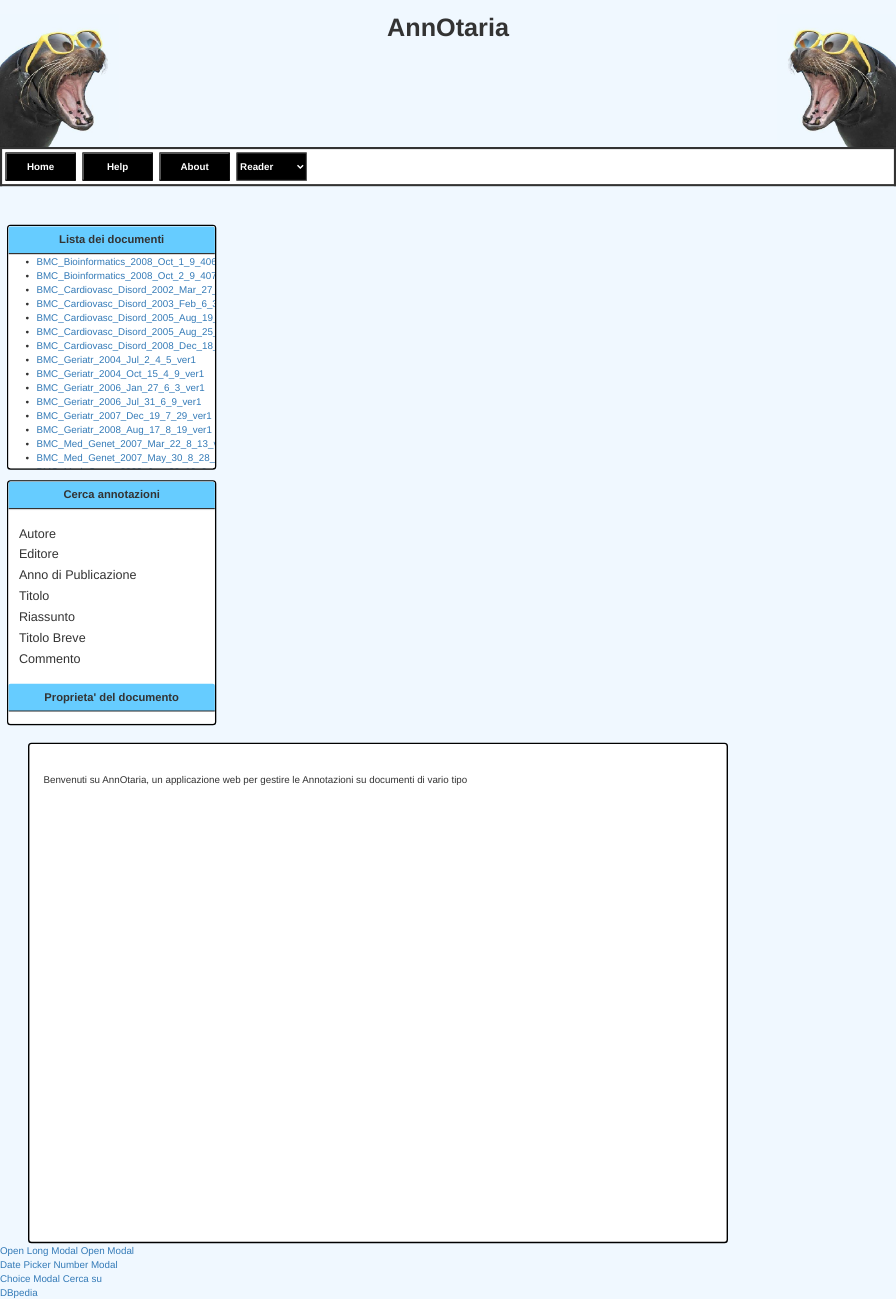
Repository: Bratu92/AnnOtaria
Page: AnnOtaria/View/index.html
An editor plug-in stored every save of this project. The page is shown before and after the next save, followed by the edit.
The browser window is 1280 px wide. The pictures show the whole page, at 70% of full size.
Some web libraries are served in a nearby version.

Above is the page before, as saved 2015-02-02 15:48:46.

### AnnOtaria/View/index.html
<!DOCTYPE html PUBLIC "-//W3C//DTD HTML 4.01 Transitional//EN" "http://www.w3.org/TR/html4/loose.dtd">
<html>
	<head>
		<title>AnnoOtaria - Title of Document 1</title>
		<script type="text/javascript" src="../lib/jquery-2.1.3.js"></script>
		<!-- Latest compiled and minified CSS -->
		<link rel="stylesheet" href="https://maxcdn.bootstrapcdn.com/bootstrap/3.3.2/css/bootstrap.min.css">

		<!-- Optional theme -->
		<link rel="stylesheet" href="https://maxcdn.bootstrapcdn.com/bootstrap/3.3.2/css/bootstrap-theme.min.css">

		<!-- Latest compiled and minified JavaScript -->
		<script src="https://maxcdn.bootstrapcdn.com/bootstrap/3.3.2/js/bootstrap.min.js"></script>
		<link type="text/css" rel="stylesheet" href="../Css/layoutindex.css"/>
		<link type="text/css" rel="stylesheet" href="../Css/longTextModal.css"/>
		<link type="text/css" rel="stylesheet" href="../Css/shortTextModal.css"/>
		<link type="text/css" rel="stylesheet" href="../Css/numberModal.css"/>
		<link type="text/css" rel="stylesheet" href="../Css/choiceModal.css"/>
		<link type="text/css" rel="stylesheet" href="../Css/layoutDBPedia.css"/>

		<script type="text/javascript" src="../Js/index.js"></script>
		<script type="text/javascript" src="../Js/get_annotations.js"></script>
		<script type="text/javascript" src="../Js/jsDBPedia.js"></script>
		<link href="http://ajax.googleapis.com/ajax/libs/jqueryui/1.8/themes/base/jquery-ui.css" rel="stylesheet" type="text/css"/>
	    <script type="text/javascript" src="http://ajax.googleapis.com/ajax/libs/jquery/1.6.2/jquery.min.js"></script>
        <script src="http://ajax.googleapis.com/ajax/libs/jqueryui/1.8/jquery-ui.min.js"></script>

	</head>
	<body>
		<div class="box0">
			<img class="imgSinistra" src="../File/otariaSinistra.jpg">
			<img class="imgDestra"src="../File/otariaDestra.jpg">
			<h1>AnnOtaria</h1>
		</div>
		<br><br><br><br>
		<div class="menuBar">
		   <table class="tableIndex">
		   <tr class="rigaIndex">
	            <td class="cellaIndex"><input class="menuButton" type="button" onclick="fHelp()" value="Home" name="Home"/></td>
				<td class="cellaIndex"><input class="menuButton" type="button" onclick="fHelp()" value="Help" name="Help"/></td>
				<td class="cellaIndex"><input class="menuButton" type="button" onclick="fAbout()" value="About" name="About"/></td>

				<td class="cellaIndex">
					<select   class="selectpicker" onChange="cambiaModalita()" id="mode" data-target="#login">	<!--  class="apri" id="mode"-->
						<option class="menuOption" >Reader</option>
						<option class="menuOption" >Annotator</option>
					</select>
				</td>

		   </tr></table>
		</div>

		<div class="box1"><br>
			<div class="metaArea">
				<div class="proprieta">
					<div class="panel-group" id="accordion">
          				<div class="panel-heading">
            				<h1 class="panel-title">
              					<a data-toggle="collapse" data-parent="#accordion" href="#collapse1">Lista dei documenti</a>
            				</h1>
          				</div>
          				<div id="collapse1" class="panel-collapse collapse in">
            				<ul id="list"></ul>
          				</div>
          				<div class="panel-heading">
            				<h1 class="panel-title">
             					<a data-toggle="collapse" href="#collapse2">Proprieta' del documento</a>
            				</h1>
          				</div>
          				<div id="collapse2" class="panel-collapse collapse">
            				<div class="panel-body">
           						COLLASSA!
          					</div>
        				</div>
      				</div>
      			</div>

				<div class="proprieta">
					<div class="panel-group" id="accordion">
          				<div class="panel-heading">
            				<h1 class="panel-title">
              					<a data-toggle="collapse" data-parent="#accordion" href="#collapse3">Cerca annotazioni</a>
            				</h1>
          				</div>
          				<div id="collapse3" class="panel-collapse collapse in">
          					<div class="panel-body">
           						<!-- Annotazioni sul documento -->
								<div id="annDocumento" >
									<div id="ann_autore" class="annotazioni_doc">
										<h4>Autore</h4>
										<ul id="ul_hasAuthor">
										</ul>
									</div>
									<div id="ann_editore" class="annotazioni_doc">
										<h4>Editore</h4>
										<ul id="ul_hasPublisher">
										</ul>
									</div>
									<div id="ann_anno" class="annotazioni_doc">
										<h4>Anno di Publicazione</h4>
										<ul id="ul_hasPublicationYear">
										</ul>
									</div>
									<div id="ann_titolo" class="annotazioni_doc">
										<h4>Titolo</h4>
										<ul id="ul_hasTitle">
										</ul>
									</div>
									<div id="ann_riassunto" class="annotazioni_doc">
										<h4>Riassunto</h4>
										<ul id="ul_hasAbstract">
										</ul>
									</div>
									<div id="ann_titoloBreve" class="annotazioni_doc">
										<h4>Titolo Breve</h4>
										<ul id="ul_hasShortTitle">
										</ul>
									</div>
									<div id="ann_commento" class="annotazioni_doc">
										<h4>Commento</h4>
										<ul id="ul_hasComment">
										</ul>
									</div>

								</div><!--#annotazioni-->
          					</div>
          				</div>
          				<div class="panel-heading">
            				<h1 class="panel-title">
             					<a data-toggle="collapse" href="#collapse4">Proprieta' del documento</a>
            				</h1>
          				</div>
          				<div id="collapse4" class="panel-collapse collapse">
            				<div class="panel-body">
           						Filtri!
          					</div>
        				</div>
      				</div>
      			</div>
			</div>




			<div class="mainArea">
				<h2 id="title"></h2>
				<p id="contenuto"> Benvenuti su AnnOtaria, un applicazione web per gestire le Annotazioni su documenti di vario tipo</p>
			</div>
		</div>







<!------------------------------------------ MODAL WINDOWS ----------------------------------------------->
	<div class="trick">
		<a href="#longTextModal">Open Long Modal</a>
		<div id="longTextModal" class="modalDialog">
			<div>
				<a href="#close" title="Close" class="close">X</a>
				<h4>Inserisci testo:</h4>
				<p><textarea id="longText"></textarea></p>
			</div>
		</div>

		<a href="#openModal0">Open Modal</a>
		<div id="openModal0" class="modalDialog">
			<div>
				<a href="#close" title="Close" class="close">X</a>
				<h2>Inserisci il nome</h2>
				<div>
					<input type="text" class="form-control" id="nome"  maxlength="80" placeholder="Inserisci il nome..." >
				</div>
			</div>
		</div>


		<a href="#datePicker">Date Picker</a>
		<div id="datePicker" class="modalDialog">
			<div>
				<a href="#close" title="Close" class="close">X</a>
				<h1> Inserisci Data </h1>
				<form>
				    <input id="datepicker" readonly/>
       				<button type="submit" class="btn btn-default">Inserisci!</button>
				</form>
			</div>
		</div>


		<a href="#openModal1">Number Modal</a>
		<div id="openModal1" class="modalDialog">
			<div>
				<a href="#close" title="Close" class="close">X</a>
				<h2>Come trovi l'annotazione?</h2>
				<div>
					<form id="bootstrapSelectForm" method="post" class="form-horizontal">
						<div class="form-group">
							<label class="col-xs-3 control-label">Dai un voto:</label>
							<div class="col-xs-5 selectContainer">
								<select name="numbers" class="form-control" multiple title="Choose one number">
                					<option value="one">1</option>
                					<option value="two">2</option>
                					<option value="three">3</option>
                					<option value="four">4</option>
                					<option value="five">5</option>
            					</select>
        					</div>
    					</div>
    					<div class="form-group">
        					<div class="col-xs-5 col-xs-offset-3">
        						<button type="submit" class="btn btn-default">Vota!</button>
        					</div>
    					</div>
					</form>
				</div>
			</div>
		</div>


		<a href="#choiceModal">Choice Modal</a>
		<div id="choiceModal" class="modalDialog">
			<div>
				<a href="#close" title="Close" class="close">X</a>
				<h2>Scegli un'opzione:</h2>
				<form id="bootstrapSelectForm" method="post" class="form-horizontal">
						<div class="form-group">
							<div class="col-xs-5 selectContainer">
								<select name="numbers" class="form-control-choice" multiple title="Scegli la stringa">
                					<option value="string1">stringa1</option>
                					<option value="string2">stringa2</option>
                					<option value="string3">stringa3</option>
                					<option value="string4">stringa4</option>
                					<option value="string5">stringa5</option>
            					</select>
        					</div>
    					</div>
    					<div class="form-group">
        					<div class="col-xs-5 col-xs-offset-3">
        						<button type="submit" class="btn btn-default">Submit</button>
        					</div>
    					</div>
					</form>
			</div>
		</div>


		<a href="#DBpedia">Cerca su DBpedia</a>
		<div id="DBpedia" class="modalDialog">
			<div id="dbpedia">

					<a href="#close" title="Close" class="close">X</a>
					<h4>Cerca su DBPedia:</h4>
						<input type="text" name="search" id="userSearch" size="20" />
						<input type="submit" name="go" value=" Search " onClick="searchDBPedia()"/>
						<div><p id="testo"></p></div>
						<div></div>

			</div>

		</div>



		<!--  <a href="#login">Login</a>-->
		<div class="modalDialog" id="login">
			<div>
				<a href="#close" title="Close" class="close">X</a>
				<h4>Esegui il login per passare alla modalità annotator:</h4><br>
				<div class="inblock">
					<label>Email:</label>
					<label>Username:&#160;&#160;</label>
				</div>
				<div class="inblock">
					<input type="text" name="email" id="login_nome" size="30" /><br>
					<input type="text" name="Username" id="login_email" size="30" /><br>
				</div><br><br><br>
				<input class="btn btn-default" type="button" value="Login" onclick="log()" data-dismiss="modal"/>
				<div>
					<p id="testo"></p></div>
				</div>
		</div>



	</div>


	</body>
</html>

### AnnOtaria/Css/longTextModal.css
@CHARSET "ISO-8859-1";

.modalDialog {
	position: fixed;
	font-family: Arial, Helvetica, sans-serif;
	top: 0;
	right: 0;
	bottom: 0;
	left: 0;
	background: rgba(0,0,0,0.8);
	z-index: 99999;
	opacity:0;
	-webkit-transition: opacity 400ms ease-in;
	-moz-transition: opacity 400ms ease-in;
	transition: opacity 400ms ease-in;
	pointer-events: none;
}

.modalDialog:target {
	opacity:1;
	pointer-events: auto;
}

.modalDialog > div {
	background: linear-gradient(#fff, #999) repeat scroll 0 0 rgba(0, 0, 0, 0);
    border-radius: 10px;
    height: 200px;
    margin: 10% auto;
    padding: 5px 20px 13px;
    position: relative;
    width: 600px;
}

.close {
	background: #606061;
	color: #FFFFFF;
	line-height: 25px;
	position: absolute;
	right: -12px;
	text-align: center;
	top: -10px;
	width: 24px;
	text-decoration: none;
	font-weight: bold;
	-webkit-border-radius: 12px;
	-moz-border-radius: 12px;
	border-radius: 12px;
	-moz-box-shadow: 1px 1px 3px #000;
	-webkit-box-shadow: 1px 1px 3px #000;
	box-shadow: 1px 1px 3px #000;
}

.close:hover { background: #00d9ff; }

#longText{

	min-height: 132px;
    min-width: 560px;

}

### AnnOtaria/Css/numberModal.css
@CHARSET "ISO-8859-1";

.modalDialog {
	position: fixed;
	font-family: Arial, Helvetica, sans-serif;
	top: 0;
	right: 0;
	bottom: 0;
	left: 0;
	background: rgba(0,0,0,0.8);
	z-index: 99999;
	opacity:0;
	-webkit-transition: opacity 400ms ease-in;
	-moz-transition: opacity 400ms ease-in;
	transition: opacity 400ms ease-in;
	pointer-events: none;
}

.modalDialog:target {
	opacity:1;
	pointer-events: auto;
}

.modalDialog > div {
	background: linear-gradient(#fff, #999) repeat scroll 0 0 rgba(0, 0, 0, 0);
    border-radius: 10px;
    height: 240px;
    margin: 10% auto;
    padding: 5px 20px 13px;
    position: relative;
    width: 600px;
}

.close {
	background: #606061;
	color: #FFFFFF;
	line-height: 25px;
	position: absolute;
	right: -12px;
	text-align: center;
	top: -10px;
	width: 24px;
	text-decoration: none;
	font-weight: bold;
	-webkit-border-radius: 12px;
	-moz-border-radius: 12px;
	border-radius: 12px;
	-moz-box-shadow: 1px 1px 3px #000;
	-webkit-box-shadow: 1px 1px 3px #000;
	box-shadow: 1px 1px 3px #000;
}

.close:hover { background: #00d9ff; }

#bootstrapSelectForm .selectContainer .form-control-feedback
{
    /* Adjust feedback icon position */
    right: -15px;
}

### AnnOtaria/Css/choiceModal.css
@CHARSET "ISO-8859-1";

.form-control-choice
{
	width: 560px;
    /* Adjust feedback icon position */
    <!--right: -15px;-->
}

### AnnOtaria/Css/layoutDBPedia.css
@CHARSET "ISO-8859-1";

.modalDialog
{
	position: fixed;
	font-family: Arial, Helvetica, sans-serif;
	top: 0;
	right: 0;
	bottom: 0;
	left: 0;
	background: rgba(0,0,0,0.8);
	z-index: 99999;
	opacity:0;
	-webkit-transition: opacity 400ms ease-in;
	-moz-transition: opacity 400ms ease-in;
	transition: opacity 400ms ease-in;
	pointer-events: none;
}


.modalDialog:target
{
	opacity:1;
	pointer-events: auto;
}

.modalDialog > div#dbpedia
{
	background: linear-gradient(#fff, #999) repeat scroll 0 0 rgba(0, 0, 0, 0);
    border-radius: 10px;
    height: auto;
    margin: 10% auto;
    padding: 5px 20px 13px;
    position: relative;
    width: 600px;
    top: -113px;
}



.close
{
	background: #606061;
	color: #FFFFFF;
	line-height: 25px;
	position: absolute;
	right: -12px;
	text-align: center;
	top: -10px;
	width: 24px;
	text-decoration: none;
	font-weight: bold;
	-webkit-border-radius: 12px;
	-moz-border-radius: 12px;
	border-radius: 12px;
	-moz-box-shadow: 1px 1px 3px #000;
	-webkit-box-shadow: 1px 1px 3px #000;
	box-shadow: 1px 1px 3px #000;
}

.close:hover { background: #00d9ff; }#00d9ff; }

### AnnOtaria/Js/index.js

var annotazioni = [];
var lista_autori = [];
var docCorrente;
var mode=0;		//0 = reader , 1=annotator
var username;
var email;

function main()
{
	$.ajax(
	{
		method: 'GET',
		url: '../File/indirizzi.json',
		success: function(d)
		{
			for (var i=0; i<d.length; i++)
			{
				$('#list').append("<li><a href='#' onclick='load(\""+d[i].url+"\",\""+d[i].label+"\")'>"+d[i].label+"</a></li>");
			}
		},
		error: function(a,b,c)
		{
			alert('Nessun documento da mostrare')
		}
	});
}


function fAnnotator()
{
	alert("ciao");
}

function load(url, file)
{
	docCorrente = file;
	$.ajax(
	{
		method: 'GET',
		url: url,
		success: function(result)
		{
			$('#contenuto').html(result)
			$('#title').html($('#contenuto h1'));
			/*Carica informazioni del documento*/
			caricaInfoDoc(result, file);
			selectAnnotazioniDocumento(file+".html");
		},
		error: function(a,b,c)
		{
			alert('Non ho potuto caricare il file '+file)
		}
	});
}

$(document).ready(function()
{
	$("#datepicker").datepicker(
	{
		DateFormat: 'dd/mm/yy'
	});
	main();
});

/*Carica le informazioni sul documento*/
function caricaInfoDoc(result, title)
{
	var info = $(result).find(".metadata-group");
	$('#infoDocumento div.active').hide();
	$('#infoDocumento div').removeClass("active");
	$('#infoDocumento').append("<div id='info_"+title+"' class='active'></div>");
	$('#infoDocumento div.active').show();
	for (var i=0; i<2; i++)
	{
		 $('#info_'+title).append(info[i]);
	}
}



function cambiaModalita()
{
	alert("aprto il cambia modalita");
	if(mode == 1)	/*Da annotator a reader*/
	{
		alert("partiamo da modalita annotator");
		$('#mode').attr("data-toggle","");
		$('#mode').attr("data-target","");
		var esci = true;
		if(annotazioniCreate >0)	/*Ci sono annotazioni non salvate, chiedo all'utente cosa vuole fare*/
		{
			esci = confirm('Tornando in modalit&agrave; Reader tutte le annotazioni non salvate andranno perse! Procedere comunque?');
		}			/*Esco solo nel caso in cui non ci sono annotazioni pendenti, o se l'utente ha dato il consenso*/
		if(esci == true)
		{
			/*Resetto tutto*/
			utente[ut_nome]= "";
			utente[ut_email]="";
			mode = 0;
			/*$('#gestisci_ann').attr("style","display:none");
			$('#ann_doc').attr("style","display:none");
			$('#ann_fram').attr("style","display:none");
			$('#mode').html("<span>Mode: Reader</span>");
			testoSelez="";
			modificaInCorso = 0;
			$("#bt_eliminaAnnotazioni").trigger("click");*/
		}
	}
	if(mode == 0)
	{
		alert("sei in modalità reader");
		//$('#mode').attr("data-toggle","modal");
		$('#mode').attr("data-target","#login");
	}
}




function log()
{
	{
		alert("aperto il login controllo login");
		try
		{
			alert("dentro il try");
			if(($("#login_nome").val().length == 0))
			{		/*Controlliamo che sia stato inserito il nome*/
				throw "Devi inserire il nome";
				alert("dentro il l'if del nome");
			}
			if(($("#login_email").val().length == 0))
			{		/*Controlliamo che sia stata inserita l'email*/
				throw "Devi inserire l'email";
				alert("dentro il l'if dell'email");
			}
			/*else
			{		/*Controlliamo che l'email sia in un formato valido*/
				/*var espressione = /^[_a-z0-9+-]+(\.[_a-z0-9+-]+)*@[a-z0-9-]+(\.[a-z0-9-]+)+$/;
				if (!espressione.test($("#login_email").val()))
				{
					throw "Email non valida!";
				}
			}*/
			/*Se Ã¨ tutto ok salviamo i valori e passiamo in modalitÃ  annotator*/
			username=($("#login_nome").val());
			email=($("#login_email").val());
			alert(username);
			alert(email);
			mode = 1; /*Passiamo in modalitÃ  annotatore*/
			//$('#mode').html("<span>Annotator: <b>"+utente[0]+"</b></span>");
			/*Qui bisogna inserire i comandi dell'annotator*/
			/*$('#gestisci_ann').attr("style","inline");
			$('#ann_doc').attr("style","inline");
			$('#ann_fram').attr("style","inline");
			$("#login_nome").val("");
			$("#login_email").val("");*/
		}
		catch(err)
		{
			$("#login_nome").val("");
			$("#login_email").val("");
			alert(err);
			alert("qualcosa e' andato storto");
		}
	}
}

Loaded but not shown: AnnOtaria/lib/jquery-2.1.3.js (library); AnnOtaria/File/indirizzi.json (122 lines, source omitted); AnnOtaria/Js/get_annotations.js (412 lines, source omitted); AnnOtaria/Js/jsDBPedia.js (36 lines, source omitted); AnnOtaria/Css/layoutindex.css (217 lines, source omitted); AnnOtaria/Css/shortTextModal.css (79 lines, source omitted)

After the next save:
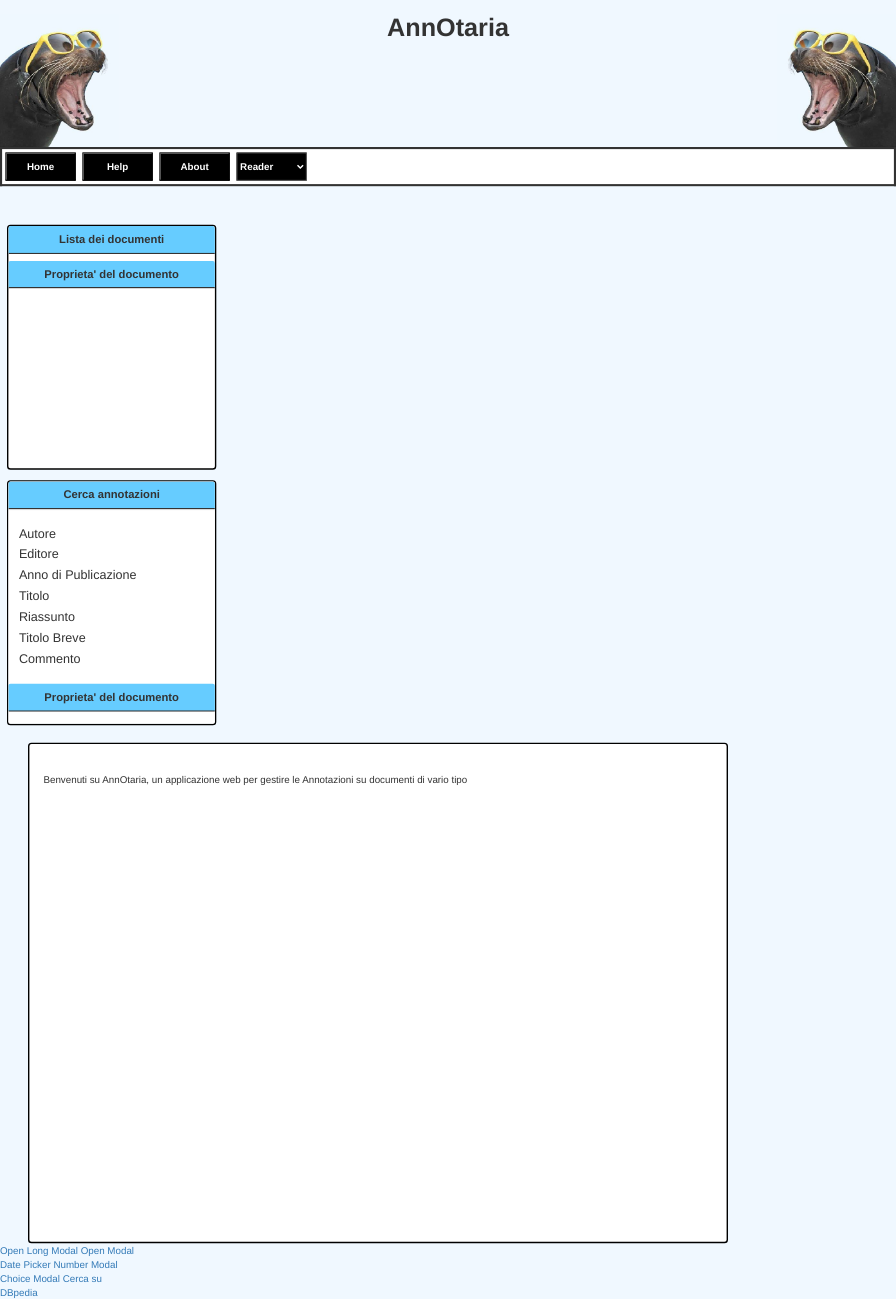
Console error: SyntaxError: Unexpected token 'catch'
Saved 63 s later.
--- a/AnnOtaria/Js/index.js
+++ b/AnnOtaria/Js/index.js
@@ -135,14 +135,14 @@
 				throw "Devi inserire l'email";
 				alert("dentro il l'if dell'email");
 			}
-			/*else
+			else
 			{		/*Controlliamo che l'email sia in un formato valido*/
 				/*var espressione = /^[_a-z0-9+-]+(\.[_a-z0-9+-]+)*@[a-z0-9-]+(\.[a-z0-9-]+)+$/;
 				if (!espressione.test($("#login_email").val()))
 				{
 					throw "Email non valida!";
 				}
-			}*/
+			}
 			/*Se Ã¨ tutto ok salviamo i valori e passiamo in modalitÃ  annotator*/
 			username=($("#login_nome").val());
 			email=($("#login_email").val());

After the save that followed:
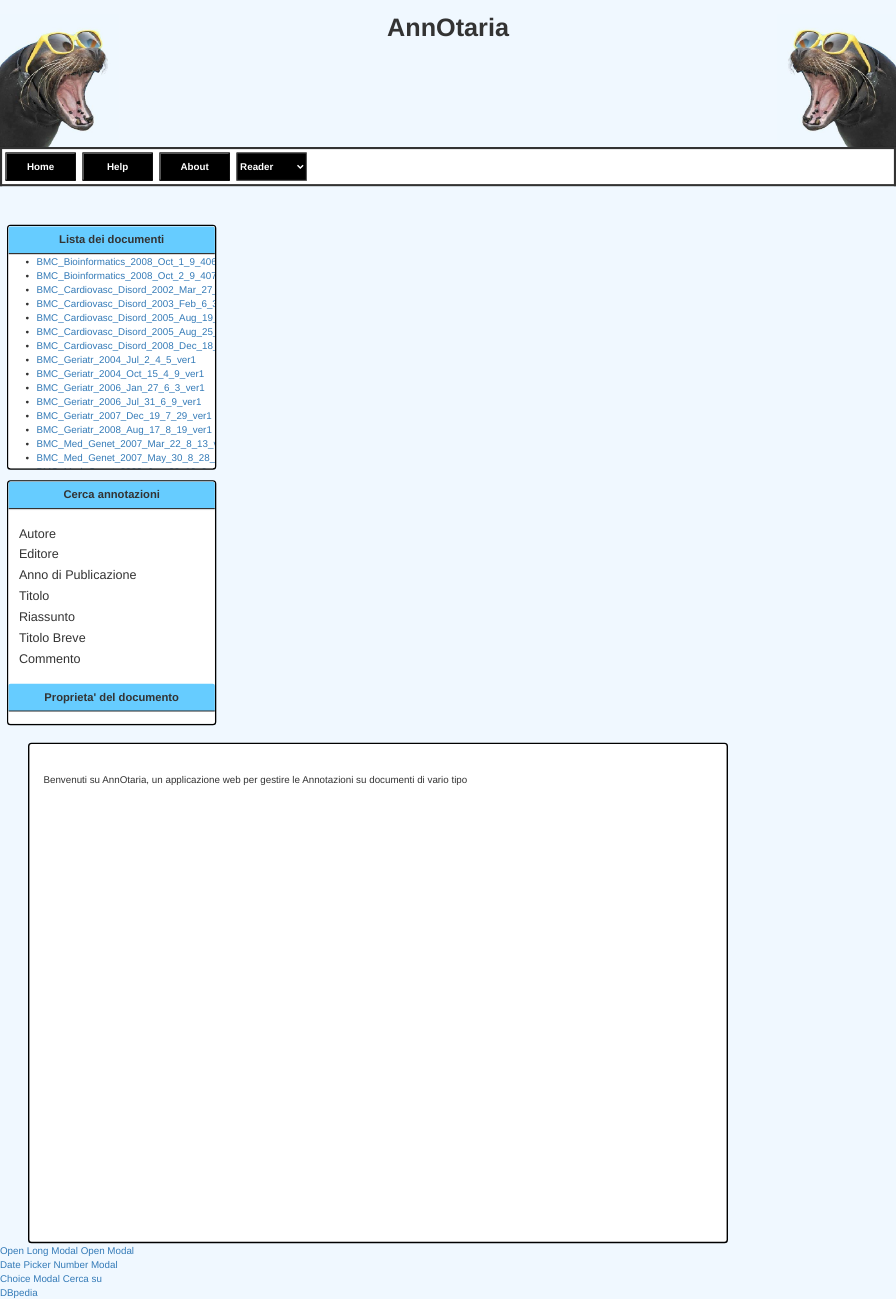
The error is gone.
Saved 12 s later.
--- a/AnnOtaria/Js/index.js
+++ b/AnnOtaria/Js/index.js
@@ -137,7 +137,7 @@
 			}
 			else
 			{		/*Controlliamo che l'email sia in un formato valido*/
-				/*var espressione = /^[_a-z0-9+-]+(\.[_a-z0-9+-]+)*@[a-z0-9-]+(\.[a-z0-9-]+)+$/;
+				var espressione = /^[_a-z0-9+-]+(\.[_a-z0-9+-]+)*@[a-z0-9-]+(\.[a-z0-9-]+)+$/;
 				if (!espressione.test($("#login_email").val()))
 				{
 					throw "Email non valida!";
